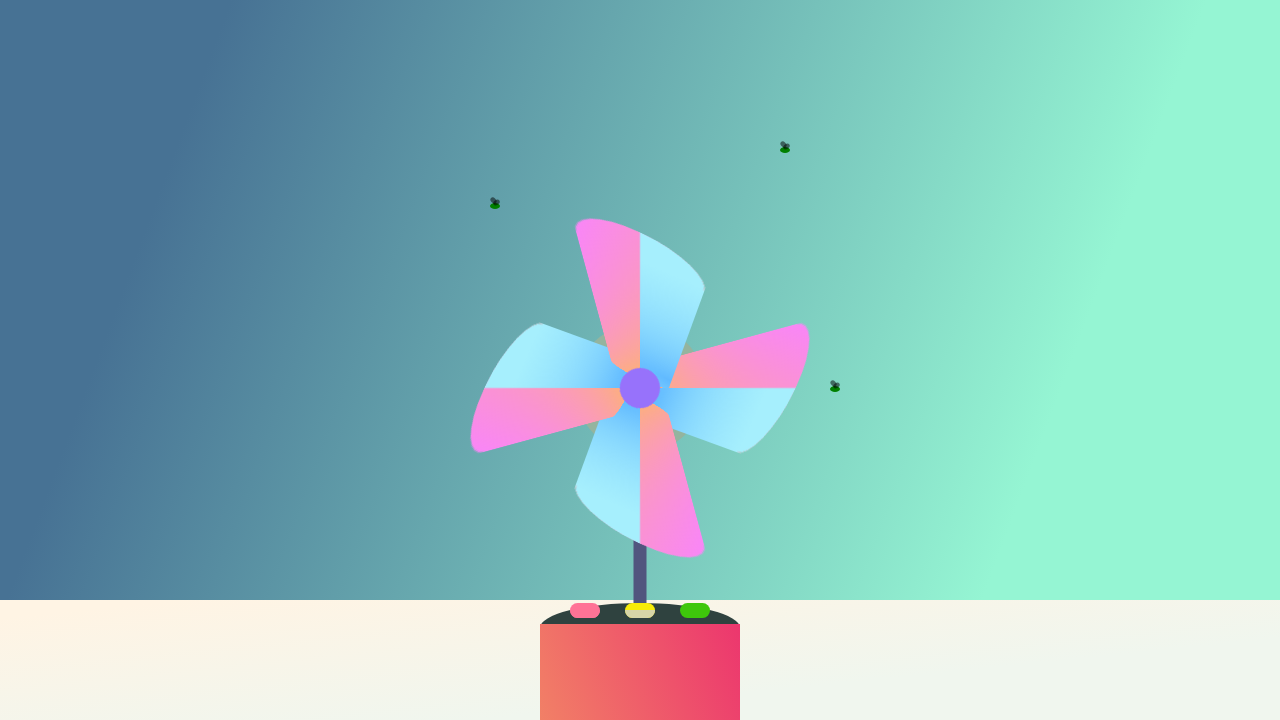
Repository: VuTuanAnh0949/CodeFan
Page: index.html
These files come from the project's save history. The page is drawn as it stood at one moment and after the next save; the edit follows.
The browser window is 1280 px wide. The pictures show the whole page.

Above is the page before, as saved 2022-06-22 12:22:44.

### index.html
<!DOCTYPE html>
<html lang="en">
<head>
    <meta charset="UTF-8">
    <meta http-equiv="X-UA-Compatible" content="IE=edge">
    <meta name="viewport" content="width=device-width, initial-scale=1.0">
    <title>Document</title>
    <link rel="stylesheet" href="style.css">
</head>
<body>

    <div class="windows">
        <div class="window"></div>

    </div>
    <div class="fan">
        <div class="fan__root"> <span class="top"> <label class="green" for="engine"></label> <label class="yellow"
                    for="engine2"></label> <label class="pink" for="jack"></label> </span> <span class="bottom"></span>
        </div>
        <div class="fan__staddle"></div> <input type="checkbox" id="jack" hidden />
        <div class="head">
            <div class="fan__engine"> <span class="center"></span> </div> <input type="checkbox" id="engine" hidden
                checked />
            <div> <span class="fly"></span> <span class="fly"></span> <span class="fly"></span>
                <div class="fan__blades"> <input type="checkbox" id="engine2" hidden checked />
                    <div class="fan__blades">
                        <div class="center"></div>
                        <div class="blade"><span></span></div>
                        <div class="blade"><span></span></div>
                        <div class="blade"><span></span></div>
                        <div class="blade"><span></span></div>
                    </div>
                </div>
            </div>
        </div>
    </div>

</body>
</html>

### style.css
html {
    overflow: hidden;
}

body {
    overflow: hidden;
    margin: 0;
    padding: 0;
    background-image: linear-gradient( 110.5deg,  rgba(71,114,148,1) 14.9%, rgba(149,245,211,1) 77.9% );
    display: flex;
    justify-content: center;
    align-items: center;
    width: 100vw;
    height: 100vh;
    position: relative;
}

body::after {
    position: absolute;
    width: 100%;
    content: "";
    height: calc(100% - 600px);
    z-index: 0;
    background-image: linear-gradient( 174.2deg,  rgba(255,244,228,1) 7.1%, rgba(240,246,238,1) 67.4% );
    bottom: 0;
}
#fantitle{
    display: flex;
    justify-content: start;
    align-items: flex-end;
    top: 5px;
}
@keyframes spin {
    from {
        transform: rotate(0deg);
    }

    to {
        transform: rotate(360deg);
    }
}

@keyframes off {
    to {
        transform: rotate(380deg);
    }
}

@keyframes off2 {
    to {
        transform: rotate(880deg);
    }
}

@keyframes fly {
    to {
        margin-top: 50px;
    }
}

span {
    display: block;
}

.windows {
    width: 100vw;
    height: 100vh;
    position: absolute;
    z-index: 0;
    top: 0;
    left: 0;
    display: flex;
    align-content: flex-start;
}


.fly {
    transition: 0.5s all cubic-bezier(0.04, 0.06, 0, 1.18), 1s transform;
    width: 10px;
    height: 6px;
    background: green;
    border-radius: 50%;
    position: absolute;
    animation: fly 5s alternate infinite ease-in-out;
}

.fly:nth-of-type(1) {
    top: -78px;
    left: -200px;
}

.fly:nth-of-type(2) {
    transform: translateY(-10px);
    animation-delay: 4s;
    top: 5px;
    right: -250px;
}

.fly:nth-of-type(3) {
    transform: translateY(0px);
    top: 400px;
    animation-delay: 2s;
    right: -400px;
}

.fly::after,
.fly::before {
    content: "";
    position: absolute;
    width: 7px;
    height: 5px;
    background-color: rgba(0, 0, 0, 0.5);
    display: block;
    border-radius: 50%;
}

.fly::before {
    bottom: 4px;
    transform: rotate(325deg);
    left: 3px;
}

.fly::after {
    transform: rotate(45deg);
    bottom: 6px;
}

.fan {
    width: 500px;
    height: 500px;
    position: relative;
    z-index: 1;
    margin-top: 75px;
    perspective: 500px;
}

.fan::after {
    content: "";
    display: block;
    position: absolute;
    height: 500px;
    width: 200px;
    background-image: linear-gradient( 68.3deg,  rgba(245,177,97,1) 0.4%, rgba(236,54,110,1) 100.2% );
    top: calc(100% - 24px);
    left: calc(50% - 100px);

}

.fan__root {
    width: 200px;
    position: absolute;
    bottom: 0;
    left: 50%;
    transform: translateX(-50%);
}

.fan__root .top {
    overflow: hidden;
    width: 200px;
    height: 25px;
    position: relative;
}

.fan__root .top::after {
    content: "";
    display: block;
    width: 200px;
    height: 50px;
    background: #2f423f;
    border-radius: 50%;
}

.fan__root .top .green {
    position: absolute;
    width: 30px;
    height: 15px;
    border-radius: 15px;
    display: block;
    right: 30px;
    background: #3EC70B;
    cursor: pointer;
    overflow: hidden;
}

.fan__root .top .yellow {
    position: absolute;
    width: 30px;
    height: 15px;
    border-radius: 15px;
    display: block;
    right: 85px;
    background: #F7EC09;
    cursor: pointer;
    overflow: hidden;
}

.fan__root .top .yellow::after {
    content: "";
    display: block;
    width: 100%;
    height: 50%;
    position: absolute;
    bottom: 0;
    background: #F7EC09;
}

.fan__root .top .yellow::after {
    content: "";
    display: block;
    width: 100%;
    height: 50%;
    position: #F7EC09;
    bottom: 0;
    background: #D6D5A8;
}

.fan__root .top .pink {
    position: absolute;
    cursor: pointer;
    width: 30px;
    height: 15px;
    border-radius: 15px;
    display: block;
    left: 30px;
    background: #FF7396;
    overflow: hidden;
}

.fan__root .top .pink::after {
    content: "";
    display: block;
    width: 100%;
    height: 50%;
    position: absolute;
    bottom: 0;
    background: #FF7396;
}

.fan__root .bottom {
    overflow: hidden;
    width: 500px;
    height: 20px;
}

.fan__root .bottom::after {
    content: "";
    display: block;
    width: 200px;
    height: 40px;
    background: #2f423f;
    border-radius: 18%;
    transform: translateY(-30px);
}

.fan__staddle {
    position: absolute;
    bottom: 45px;
    background: #51557E;
    height: 270px;
    width: 13px;
    left: 50%;
    transform: translateX(-50%);
}

.fan__engine {
    position: absolute;
    bottom: 0px;
    width: 130px;
    height: 130px;
    background: #94B49F;
    border-radius: 50%;
    left: 50%;
    transform: translateX(-50%);
}

.fan__engine::after {
    content: "";
    background: red;
    display: block;
    width: 25px;
    height: 50px;
    position: absolute;
    top: 105px;
    left: 50%;
    transform: translateX(-50%);
    border-radius: 0 0 5px 5px;
}

.fan__blades {
    width: 230px;
    height: 230px;
    position: absolute;
    bottom: -50px;
    transition: 2s;
    transform-origin: center center;
    left: calc(50% - 115px);
    z-index: 1;
    animation: spin infinite 0.38s linear forwards;
}

.fan__blades .fan__blades {
    bottom: 0;
    animation: spin infinite 0.5s linear forwards;
}

.fan__blades .blade {
    position: absolute;
    width: 80px;
    height: 100%;
    left: 50%;
    transform: translateX(-50%) skewY(25deg);
    perspective: 500px;
    transform-style: preserve-3d;
}

.fan__blades .blade:nth-child(2) {
    transform: translateX(-50%) rotate(90deg) skewY(25deg);
}

.fan__blades .blade:nth-child(3) {
    transform: translateX(-50%) rotate(180deg) skewY(25deg);
}

.fan__blades .blade:nth-child(4) {
    transform: translateX(-50%) rotate(270deg) skewY(25deg);
}

.fan__blades .blade span {
    width: 100%;
    height: 200%;
    border-radius: 44px;
    background-image: linear-gradient( 102.4deg,  rgba(253,189,85,1) 7.8%, rgba(249,131,255,1) 100.3% );;
    position: absolute;
    top: -66px;
    display: block;
    transform-style: preserve-3d;
    transform: rotateX(81deg);
    overflow: hidden;
}

.fan__blades .blade span::after {
    width: 50%;
    height: 100%;
    content: "";
    display: block;
    background-image: radial-gradient( circle farthest-corner at 10% 20%,  rgba(97,186,255,1) 0%, rgba(166,239,253,1) 90.1% );
    transform: rotate(0deg);
}

.fan__blades .center {
    position: absolute;
    overflow: hidden;
    width: 40px;
    height: 40px;
    border-radius: 50%;
    left: 50%;
    top: 50%;
    transform: translate(-50%, -50%) rotate(45deg);
    background: #9772FB;
    z-index: 2;
}

.fan__blades .center::after {
    display: block;
    content: "";
    width: 40px;
    height: 20px;
    background: #9772FB;
}

.head {
    transition: 1s transform;
    height: auto;
    width: auto;
    position: absolute;
    width: 300px;
    height: 300px;
    bottom: 195px;
    left: calc(50% - 150px);
    /* transform: translateX(-50%); */
}

#engine:checked+div>div {
    animation: off2 1s ease-out forwards;
}

#engine:checked+div>span:nth-child(1) {
    transition: 5s all ease-in-out, 1s transform;
    left: 0px;
    top: 0px;
}

#engine:checked+div>span:nth-child(2) {
    transition: 5s all ease-in-out, 1s transform;
    right: 0px;
    top: 0px;
}

#engine:checked+div>span:nth-child(3) {
    transition: 7s all ease-in-out, 1s transform;
    right: -50px;
    top: 200px;
}

#engine2:checked+div {
    animation: off 1s ease-out forwards;
}

#jack:checked+div {
    transform: translateY(-115px);
}

#jack:checked+div>div:nth-child(3)>span {
    transform: translateY(115px);
}

After the next save:
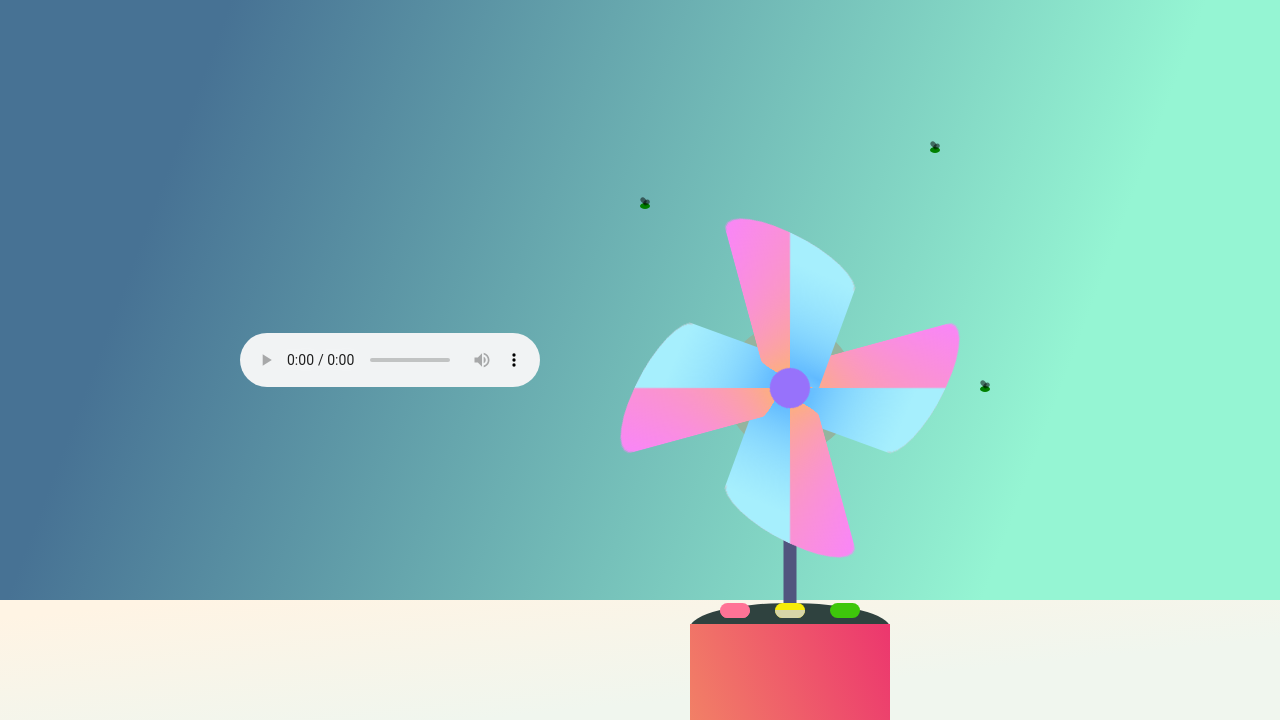
Saved 11 s later.
--- a/index.html
+++ b/index.html
@@ -8,7 +8,9 @@
     <link rel="stylesheet" href="style.css">
 </head>
 <body>
-
+    <audio controls>
+        <source src="đường dẫn đến tập tin âm thanh" type="Media Type">
+    </audio>
     <div class="windows">
         <div class="window"></div>
 
